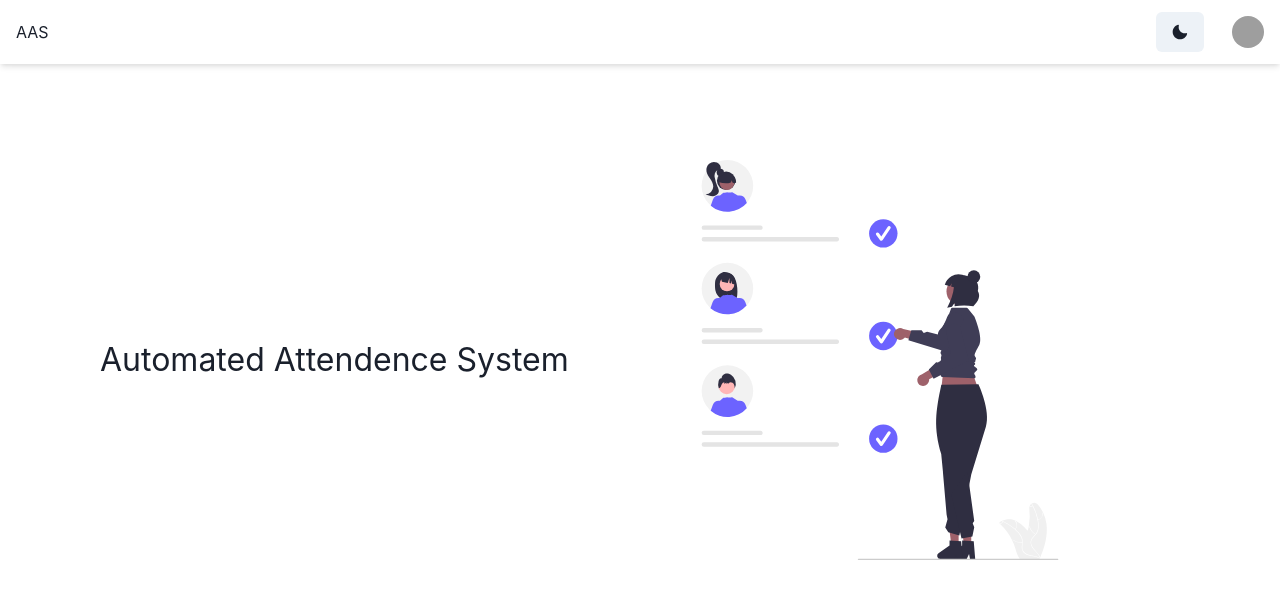
Repository: shash0708/attendence
Page: /
These files come from the project's save history. The page is drawn as it stood at one moment and after the next save; the edit follows.
The browser window is 1280 px wide. The pictures show the whole page.
Pictures or frames that could not be fetched are drawn as grey boxes. The project was rebuilt for these pictures with package versions that can differ from the ones it lists, and the page was loaded fresh each time. Also part of the build but not shown: src/App.css, src/components/Login/Login.component.jsx, src/components/Signup/Signup.component.jsx, src/routes/Authentication/Authentication.component.jsx.

Above is the page before, as saved 2024-04-06 19:47:48.

After the next save:
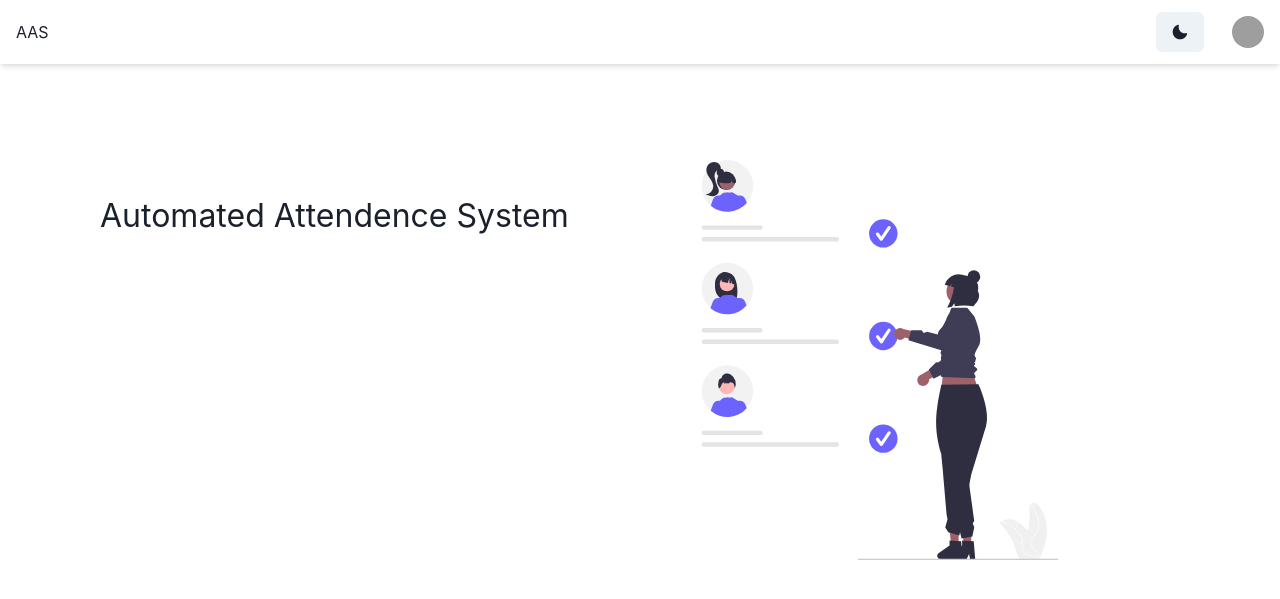
Saved 7 s later.
--- a/src/components/homeProp/HomeProp.styles.scss
+++ b/src/components/homeProp/HomeProp.styles.scss
@@ -11,7 +11,7 @@
 .text{
   font-size: xx-large;
   position: fixed;
-  top: 50%; // Adjust as needed
+  top: 30%; // Adjust as needed
   left: 100px; // Adjust as needed
   transform: translateY(-50%);
 }
